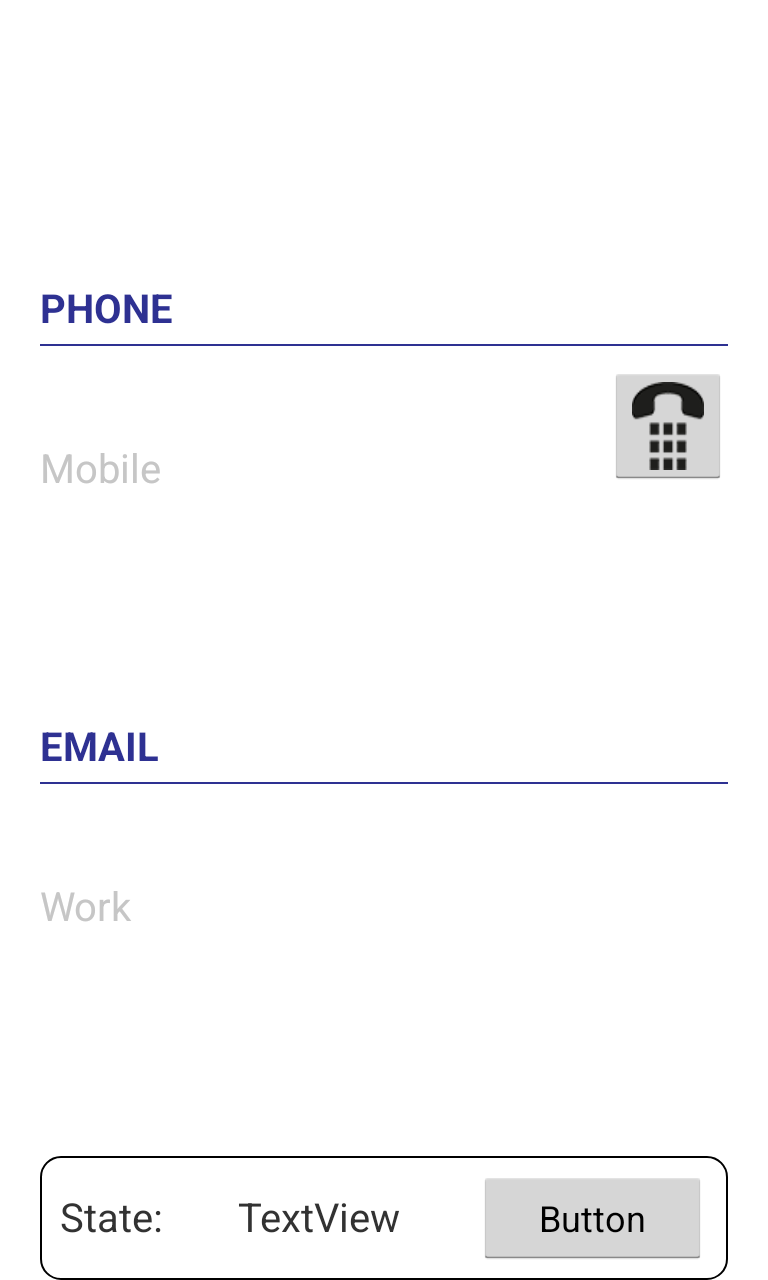
Repository: GitDidNotExitCleanly/FaceLabel
Layout: FaceLabel/res/layout/fragment_member_display.xml
An editor plug-in stored every save of this project. The layout is shown before and after the next save, followed by the edit.
It is drawn on a 768 x 1280 px phone screen (xhdpi) without system bars, with theme AppTheme; the app's code is not run.

Above is the layout before, as saved 2015-05-12 17:07:05.

After the next save:
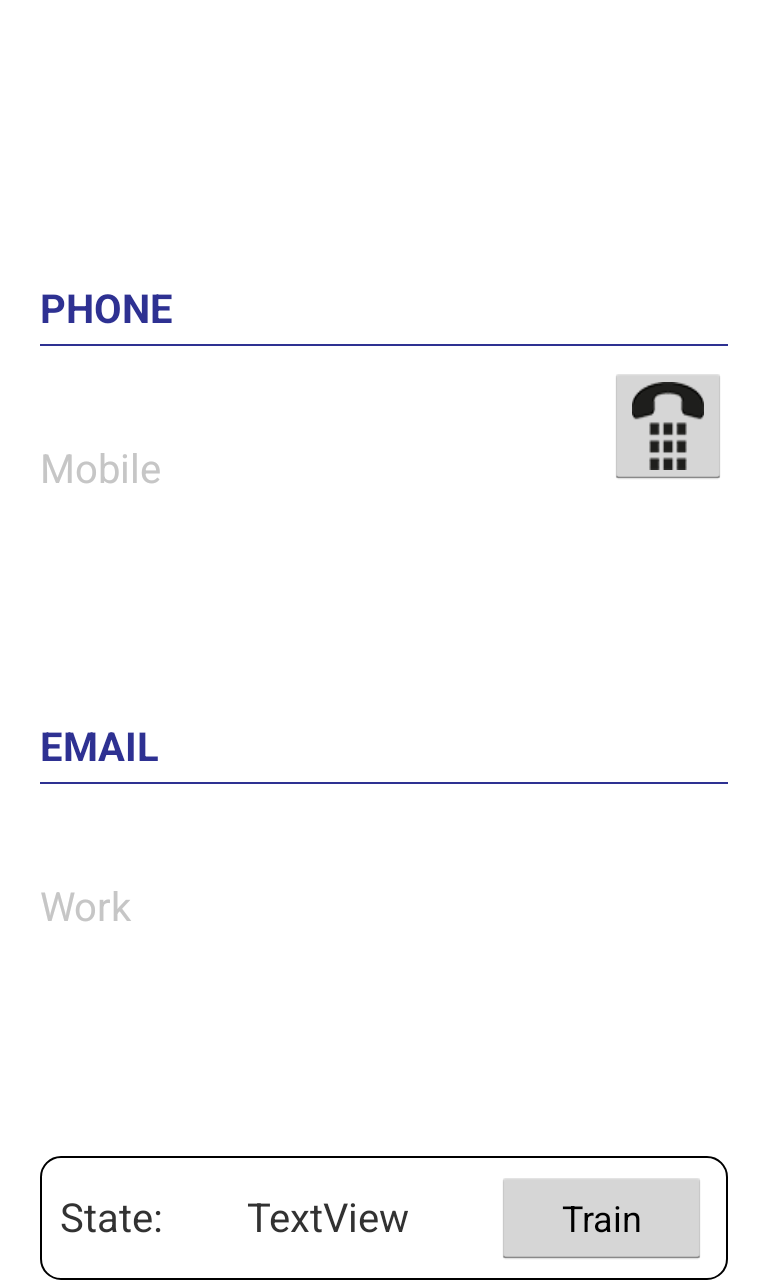
Saved 27 s later.
--- a/FaceLabel/res/layout/fragment_member_display.xml
+++ b/FaceLabel/res/layout/fragment_member_display.xml
@@ -164,7 +164,7 @@
             android:layout_width="wrap_content"
             android:layout_height="wrap_content"
             android:layout_weight="1"
-            android:text="Button" />
+            android:text="Train" />
 
     </LinearLayout>
 
